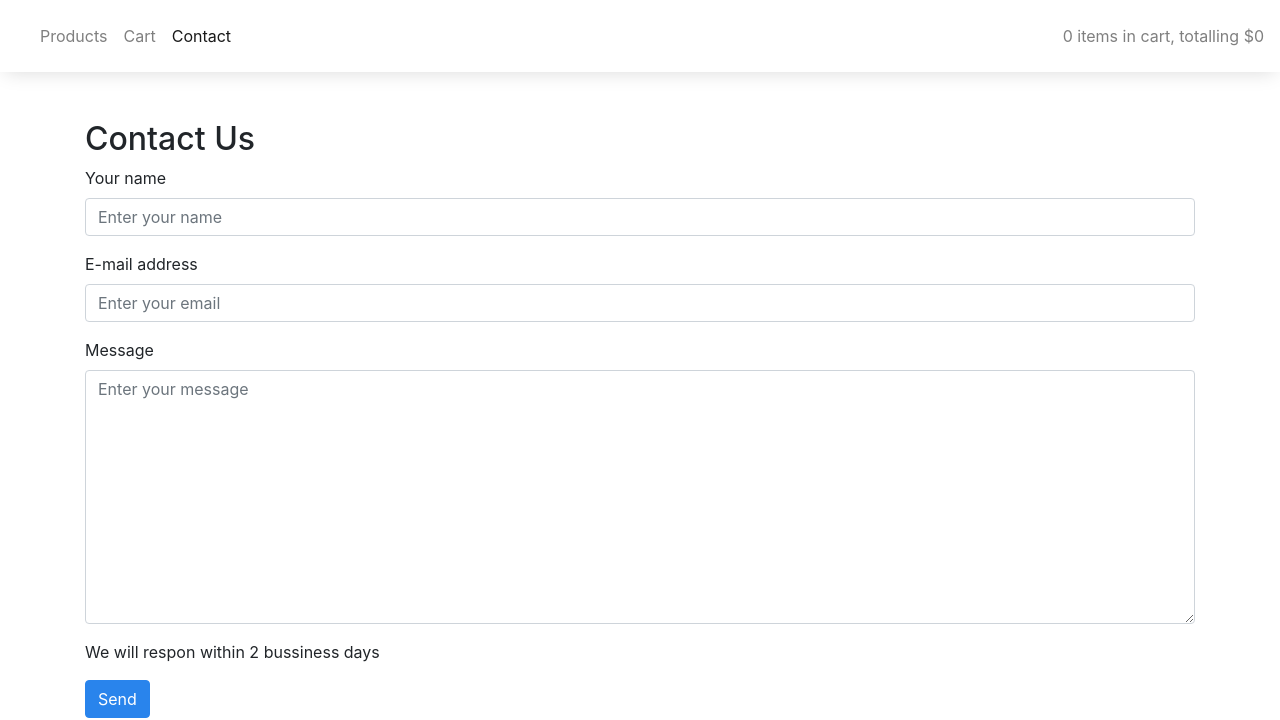
Repository: dayrim/wavecraft
Page: /contact
These files come from the project's save history. The page is drawn as it stood at one moment and after the next save; the edit follows.
The browser window is 1280 px wide. The pictures show the whole page.
The project was rebuilt for these pictures with package versions that can differ from the ones it lists, and the page was loaded fresh each time. Also part of the build but not shown: vue.config.js.

Above is the page before, as saved 2019-04-22 09:58:06.

### public/index.html
<!DOCTYPE html>
<html lang="en">
  <head>
    <meta charset="utf-8">
    <meta http-equiv="X-UA-Compatible" content="IE=edge">
    <meta name="viewport" content="width=device-width,initial-scale=1.0">
    <link rel="icon" href="<%= BASE_URL %>favicon.ico">
    <title>wavecraft-reset</title>
  </head>
  <body>
    <noscript>
      <strong>We're sorry but wavecraft-reset doesn't work properly without JavaScript enabled. Please enable it to continue.</strong>
    </noscript>
    <div id="app"></div>
    <!-- built files will be auto injected -->
  </body>
</html>

### src/main.js
import Vue from "vue";
import App from "./App.vue";
import router from "./router";
import store from "./store";
import BootstrapVue from "bootstrap-vue";

Vue.config.productionTip = false;
Vue.use(BootstrapVue);
Vue.filter("currency", function(value) {
  let formatter = new Intl.NumberFormat("en-US", {
    style: "currency",
    currency: "USD",
    minimumFractionDigits: 0,
  });

  return formatter.format(value);
});

new Vue({
  router,
  store,
  render: h => h(App),
}).$mount("#app");

### src/App.vue
<template>
  <div id="app" :class="{ ready: isPageReady }">
    <b-navbar class="mainNavbar" sticky toggleable="lg" variant="light">
      <b-navbar-brand to="/"></b-navbar-brand>

      <b-navbar-toggle target="nav-collapse"></b-navbar-toggle>

      <b-collapse id="nav-collapse" is-nav>
        <b-navbar-nav>
          <b-nav-item exact active-class="active" to="/">Products</b-nav-item>
          <b-nav-item exact active-class="active" to="/cart">Cart</b-nav-item>
          <b-nav-item exact active-class="active" to="/contact">Contact</b-nav-item>
        </b-navbar-nav>

        <!-- Right aligned nav items -->
        <b-navbar-nav class="ml-auto">
          <b-nav-text>
            <div class="navbar-text">
              {{ cart.items.length }}
              <span v-if="cart.items.length == 1">item</span><span v-else>items</span> in cart,
              totalling {{ cartTotal | currency }}
            </div></b-nav-text
          >
        </b-navbar-nav>
      </b-collapse>
    </b-navbar>
    <transition name="route" mode="out-in">
      <router-view name="discount"> </router-view>
    </transition>
    <b-container>
      <b-row>
        <b-col>
          <br /><br />
          <transition name="route" mode="out-in">
            <router-view></router-view>
          </transition>
        </b-col>
      </b-row>
    </b-container>
  </div>
</template>

<script>
export default {
  data() {
    return {
      isPageReady: false,
    };
  },
  computed: {
    cart() {
      return this.$store.state.cart;
    },
    cartTotal() {
      return this.$store.getters["cart/cartTotal"];
    },
  },
  mounted: function() {
    this.$nextTick(function() {
      setTimeout(() => {
        this.isPageReady = true;
      }, 0);
    });
  },
};
</script>

<style lang="scss">
.mainNavbar {
  box-shadow: 0px 5px 20px -5px rgba(0, 0, 0, 0.15);
}
.flex {
  display: flex;
}
.flex.flex-column {
  flex-direction: column;
}
.flex.flex-row {
  flex-direction: row;
}
.flex.justify-center {
  justify-content: center;
}
.flex.justify-left {
  justify-content: flex-start;
}
.flex.justify-right {
  justify-content: flex-end;
}
.flex.align-center {
  align-items: center;
}
.flex.align-left {
  align-items: flex-start;
}
.flex.align-right {
  align-items: flex-end;
}
/* Navigation */
.navbar .stats {
  margin-top: 15px;
}
ul {
  list-style: none;
}
.btn {
  margin-right: 20px;
}
input[type="radio"] + label,
input[type="checkbox"] + label {
  font-weight: normal;
}

#app {
  opacity: 0;
  transition: opacity 1s ease;
}

#app.ready {
  opacity: 1;
}

.route-enter-active,
.route-leave-active {
  transition: opacity 0.15s ease;
}

.route-enter,
.route-leave-to {
  opacity: 0;
}
</style>

### src/router/index.js
import Vue from "vue";
import Router from "vue-router";
import routes from "./routes";
Vue.use(Router);

export default new Router({
  mode: "history",
  base: process.env.BASE_URL,
  routes,
});

### src/store/index.js
import Vue from "vue";
import Vuex from "vuex";
import cart from "./modules/cart";

Vue.use(Vuex);

export default new Vuex.Store({
  /**
   * Assign the modules to the store.
   */
  modules: {
    cart,
  },
});

### src/assets/common.scss
@import "node_modules/bootstrap/scss/functions";
@import "node_modules/bootstrap/scss/variables";

$primary-color: #2984ec;
$secondary-color: #601cb9;
$tertiary-color: #222d30;
$default-color: #e9e9e9;
$light-color: #ffffff;
$accent-color: #f0081b;
$warning-color: #f09308;



$red: #dc3545;
$yellow: #ffc107;
$green: #006600; // This is the only variable I wanted to change
$cyan: #17a2b8;

$theme-colors: (
  primary: $primary-color,
  secondary: $tertiary-color,
  success: $secondary-color,
  info: $primary-color,
  warning: $warning-color,
  danger: $accent-color,
  light: $light-color,
  dark: $tertiary-color
);

@import 'node_modules/bootstrap/scss/bootstrap';
@import 'node_modules/bootstrap-vue/src/index.scss';

### src/router/routes.js
const routes = [
  {
    path: "",
    components: {
      default: () => import(/* webpackChunkName: "ProductList" */ "@/components/ProductList.vue"),
      discount: () =>
        import(/* webpackChunkName: "SpecialOffer" */ "@/components/SpecialOffer.vue"),
    },
  },
  {
    path: "/cart",
    component: () => import(/* webpackChunkName: "Cart" */ "@/components/Cart.vue"),
    alias: "/shopping-cart",
  },
  {
    path: "/product/:productId",
    props: true,
    name: "Product",
    component: () => import(/* webpackChunkName: "Product" */ "@/components/Product.vue"),
    children: [
      {
        path: "details",
        name: "ViewProduct",
        props: true,
        component: () =>
          import(/* webpackChunkName: "ViewProduct" */ "@/components/ViewProduct.vue"),
      },
      {
        path: "reviews",
        name: "ProductReviews",
        props: true,
        component: () =>
          import(/* webpackChunkName: "ProductReviews" */ "@/components/ProductReviews.vue"),
      },
    ],
  },

  {
    path: "/contact",
    component: () => import(/* webpackChunkName: "Contact" */ "@/components/Contact.vue"),
  },
  {
    path: "/*",
    component: () => import(/* webpackChunkName: "PageNotFound" */ "@/components/PageNotFound.vue"),
  },
];

export default routes;

### src/store/modules/cart/index.js
import actions from "./actions";
import getters from "./getters";
import mutations from "./mutations";
import state from "./state";

export default {
  namespaced: true,
  actions,
  getters,
  mutations,
  state,
};

### src/components/Contact.vue
<template>
  <div>
    <h2>Contact Us</h2>
    <slot name="top"></slot>

    <form>
      <div class="form-group">
        <label for="yourName">Your name</label>
        <input id="yourName" type="text" class="form-control" placeholder="Enter your name" />
      </div>

      <div class="form-group">
        <label for="emailAddress">E-mail address</label>
        <input id="emailAddress" type="email" class="form-control" placeholder="Enter your email" />
      </div>

      <slot></slot>
      <div class="form-group">
        <label for="message">Message</label>
        <textarea
          id="message"
          cols="30"
          rows="10"
          class="form-control"
          placeholder="Enter your message"
        ></textarea>
      </div>

      <slot name="bottom">
        <p>We will respon within 2 bussiness days</p>
      </slot>
      <button type="submit" class="btn btn-primary">Send</button>
    </form>
  </div>
</template>

<script>
import GoogleMap from "./GoogleMap.vue";
export default {
  components: {
    googleMap: GoogleMap,
  },
};
</script>

### src/store/modules/cart/actions.js
import * as Mutate from "./mutation-types";

export const addProductToCart = ({ commit, getters }, payload) => {
  let cartItem = getters.getCartItem(payload.product);
  payload.cartItem = cartItem;

  if (cartItem == null) {
    payload.cartItem = getters.getCartItem(payload.product);
    commit(Mutate.ADD_PRODUCT_TO_CART, payload);
  } else {
    commit(Mutate.INCREASE_PRODUCT_QUANTITY, payload);
  }
};

export const checkout = ({ commit }) => {
  commit(Mutate.CHECKOUT);
};

export default {
  addProductToCart,
  checkout,
};

### src/store/modules/cart/getters.js
export default {
  cartTotal: state => {
    let total = 0;

    state.items.forEach(function(item) {
      total += item.product.price * item.quantity;
    });
    return total;
  },
  getCartItem: state => product => {
    for (let i = 0; i < state.items.length; i++) {
      if (state.items[i].product.id === product.id) {
        return state.items[i];
      }
    }
    return null;
  },
  taxAmount: (state, getters) => percentage => (getters.cartTotal * percentage) / 100,
};

### src/store/modules/cart/mutations.js
import { CHECKOUT, ADD_PRODUCT_TO_CART, INCREASE_PRODUCT_QUANTITY } from "./mutation-types";

export default {
  [CHECKOUT](state) {
    state.items.forEach(function(item) {
      item.product.inStock += item.quantity;
    });

    state.items = [];
  },
  [ADD_PRODUCT_TO_CART]: (state, payload) => {
    state.items.push({
      product: payload.product,
      quantity: payload.quantity,
    });

    payload.product.inStock -= payload.quantity;
  },
  [INCREASE_PRODUCT_QUANTITY]: (state, payload) => {
    payload.cartItem.quantity += payload.quantity;
    payload.product.inStock -= payload.quantity;
  },
};

### src/store/modules/cart/state.js
export default {
  items: [],
};

### src/components/GoogleMap.vue
<template>
  <div class="map"></div>
</template>

<script>
export default {
  name: "GoogleMap",
  data() {
    return {};
  },
};
</script>

<style lang="scss"></style>

### src/store/modules/cart/mutation-types.js
export const ADD_PRODUCT_TO_CART = "addProductToCart";
export const CHECKOUT = "checkout";
export const INCREASE_PRODUCT_QUANTITY = "increaseQuantity";

export default {
  ADD_PRODUCT_TO_CART,
  CHECKOUT,
  INCREASE_PRODUCT_QUANTITY,
};

After the next save:
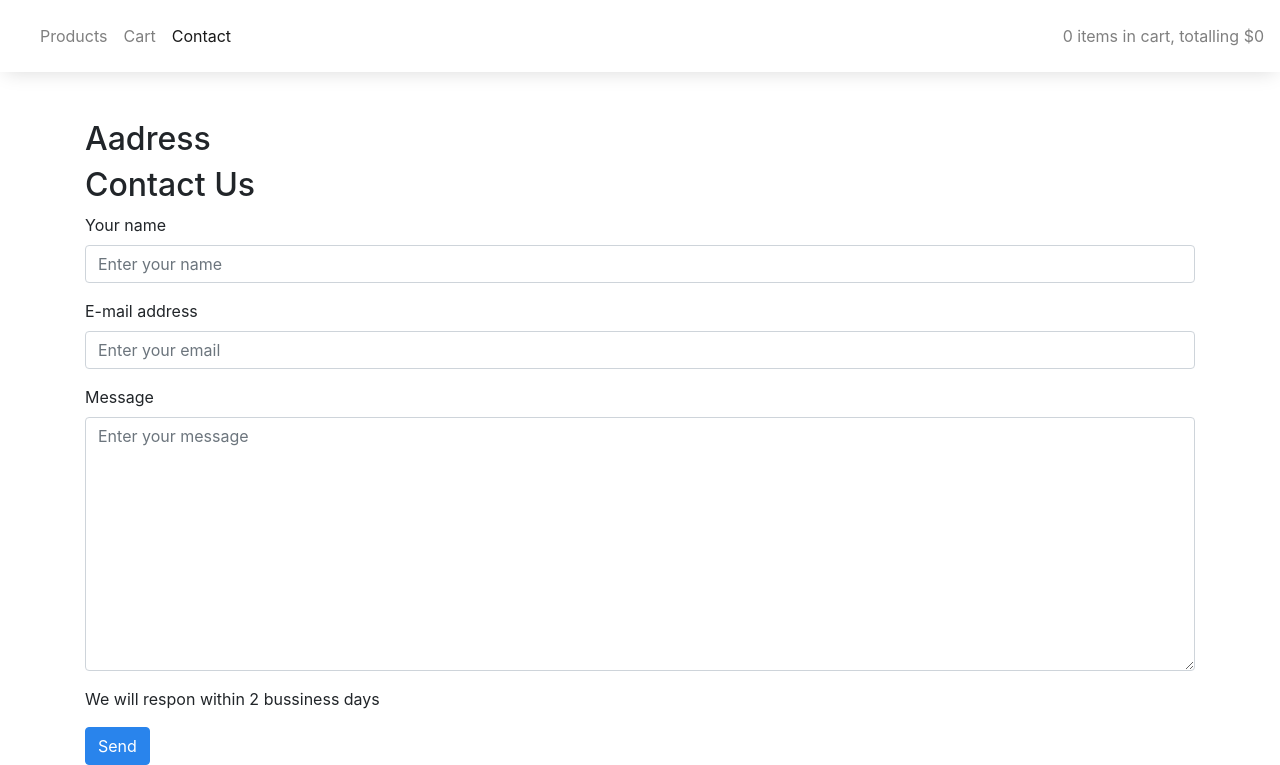
Saved 24 s later.
--- a/src/components/Contact.vue
+++ b/src/components/Contact.vue
@@ -1,5 +1,6 @@
 <template>
   <div>
+    <h2>Aadress</h2>
     <h2>Contact Us</h2>
     <slot name="top"></slot>
 
